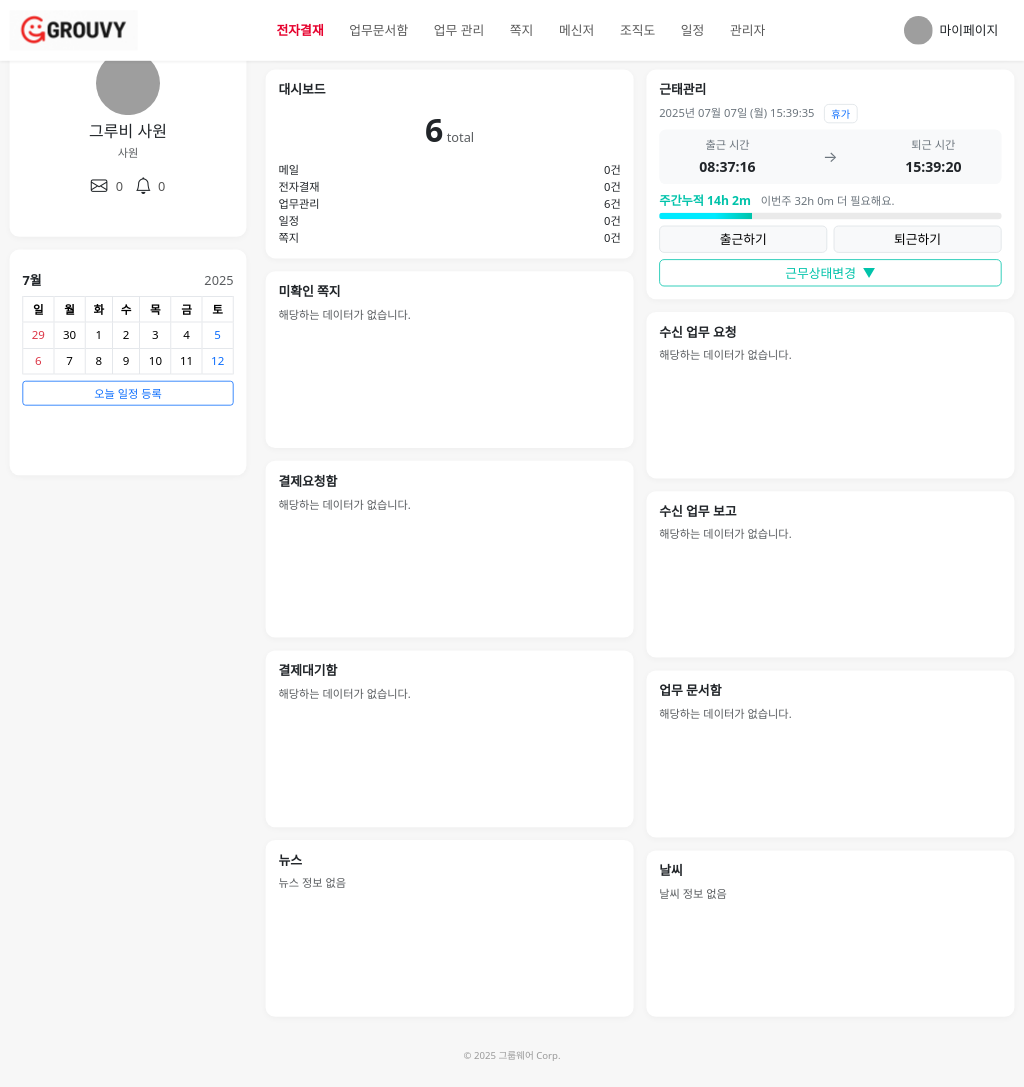
Repository: hyunbin7664/web-java-workspace
Page: groupware/src/main/webapp/index.html
An editor plug-in stored every save of this project. The page is shown before and after the next save, followed by the edit.
The browser window is 1280 px wide. The pictures show the whole page, at 80% of full size.
Pictures or frames that could not be fetched are drawn as grey boxes.

Above is the page before, as saved 2025-07-08 05:47:22.

### groupware/src/main/webapp/index.html
<!DOCTYPE html>
<html lang="ko">
<head>
<meta charset="UTF-8">
<title>GROUVY 메인 화면</title>
<meta name="viewport" content="width=device-width, initial-scale=1">
<!-- Bootstrap CSS CDN -->
<link
	href="https://cdn.jsdelivr.net/npm/bootstrap@5.3.2/dist/css/bootstrap.min.css"
	rel="stylesheet">
<link rel="stylesheet" href="https://cdn.jsdelivr.net/npm/bootstrap-icons@1.11.1/font/bootstrap-icons.css">
<!-- <link rel="stylesheet" href="style.css"> -->
<style type="text/css">
body {
	background: #f7f7f7;
}

.navbar-brand {
	color: #e6002d !important;
	font-size: 1.5rem;
}

.nav-item {
	padding-right: 1rem;
}

.navbar-nav .nav-link.active {
	font-weight: bold;
	color: #e6002d !important;
}

.logo-img {
	width: 160px;
	height: 50px;
	object-fit: cover;
	object-position: center;
}

.navbar .container-fluid {
	padding-right: 2rem;
}

.icon-group {
  display: flex;
  justify-content: center;
  margin-top: 10px;
  gap: 15px;
  font-size: 1.2rem;
  color: #555;
}

.icon-group a {
  display: flex;
  align-items: center;
  text-decoration: none;
  color: #333;
  font-size: 1.3rem;
}

.icon-group span {
  font-size: 1rem;
  color: #555;
}

.custom-gap {
  margin-left: 0.65rem;  /* 원하는 px 값으로 조정 (ex: 4px, 6px, 8px) */
}

.calendar-table th, .calendar-table td {
	font-size: 0.9rem;
	padding: 0.3rem;
}

.calendar {
	padding-top: 10px;
	padding-bottom: 10px;
	min-height: 250px; /* 원하는 높이 추가 */
}

.card {
	border-radius: 12px;
	border: none;
	box-shadow: 0 2px 8px rgba(0, 0, 0, 0.04);
}

.dashboard-chart {
	margin: 0.5rem 0;
}

@media ( max-width : 991px) {
	.col-lg-2, .col-lg-10 {
		flex: 0 0 100%;
		max-width: 100%;
	}
}
/* 카드 높이 균등 분배 */
.col-lg-6 .row.g-3 {
	height: 100%;
	min-height: 1200px; /* 필요시 조정 */
	display: flex;
	flex-direction: column;
	justify-content: stretch;
}

.col-lg-6 .row.g-3>.col-12 {
	flex: 1 1 0;
	display: flex;
}

.col-lg-6 .card {
	flex: 1 1 0;
	display: flex;
	flex-direction: column; /*세로 방향으로 쌓음*/
	/* justify-content: center; */
}

.attendance-card {
	border-radius: 18px;
	box-shadow: 0 2px 12px rgba(0, 0, 0, 0.06);
	background: #fff;
}

.attendance-card .progress {
	background: #eaeaea;
	border-radius: 8px;
	overflow: visible;
	margin-bottom: 1.5rem;
}

.attendance-card .progress-bar {
	border-radius: 8px;
	min-width: 12px;
}

.attendance-card .progress-label {
	font-size: 0.9rem;
	color: #aaa;
}

.attendance-card .btn-outline-success {
	border-width: 2px;
	font-weight: 600;
	color: #00c3aa;
	border-color: #00c3aa;
}

.attendance-card .btn-outline-success:hover {
	background: #00c3aa;
	color: #fff;
}

footer {
	text-align: center;
	padding: 10px;
	font-size: 12px;
	color: #999;
	margin-top: 30px;      /* 푸터 위쪽 여백 */
	margin-bottom: 20px;
}
</style>
</head>
<body>
	<!-- 네비게이션바 -->
	<nav class="navbar navbar-expand-lg navbar-light bg-white shadow-sm fixed-top">
		<div class="container-fluid">
			<a class="navbar-brand d-flex align-items-center" href="index.html">
				<span class="logo-crop">
					<img src="grouvy_logo.jpg" alt="GROUVY 로고" class="logo-img">
				</span>
			</a>
			<ul class="navbar-nav mb-2 mb-lg-0">
				<li class="nav-item"><a class="nav-link active" href="#">전자결재</a></li>
				<!-- 커서 active-->
				<li class="nav-item"><a class="nav-link" href="#">업무문서함</a></li>
				<li class="nav-item"><a class="nav-link" href="#">업무 관리</a></li>
				<li class="nav-item"><a class="nav-link" href="#">쪽지</a></li>
				<li class="nav-item"><a class="nav-link" href="#">메신저</a></li>
				<li class="nav-item"><a class="nav-link" href="#">조직도</a></li>
				<li class="nav-item"><a class="nav-link" href="#">일정</a></li>
				<li class="nav-item"><a class="nav-link" href="admin_dashboard.html">관리자</a></li>
			</ul>
			<div class="d-flex align-items-center">
				<a href="mypage.html" >
					<img src="https://search.pstatic.net/sunny/?src=https%3A%2F%2Fs3.orbi.kr%2Fdata%2Ffile%2Funited2%2F6cc64e06aa404ac3a176745b9c1d5bfa.jpeg&type=sc960_832"
							alt="프로필" class="rounded-circle" width="36" height="36">
				</a>
				<a href="mypage.html" class="ms-2 text-decoration-none text-dark">마이페이지</a>
			</div>
		</div>
	</nav>

	<div class="container-fluid mt-3">
		<div class="row">
			<!-- 왼쪽 사이드바 -->
			<div class="col-lg-3 col-md-3 col-12 mb-3">
				<div class="card p-5 mb-3 text-center">
					<img
						src="https://search.pstatic.net/sunny/?src=https%3A%2F%2Fs3.orbi.kr%2Fdata%2Ffile%2Funited2%2F6cc64e06aa404ac3a176745b9c1d5bfa.jpeg&type=sc960_832"
						alt="프로필" class="rounded-circle mx-auto" width="80" height="80">
					<h5 class="mt-2 mb-1">그루비 사원</h5>
					<small class="text-muted">사원</small>
					<div class="icon-group mt-3">
						<a href="#" class="text-dark text-decoration-none"> <i
							class="bi bi-envelope"></i> <span class="small custom-gap">0</span>
						</a> <a href="#" class="text-dark text-decoration-none"> <i
							class="bi bi-bell"></i> <span class="small ms-2">0</span>
						</a>
					</div>
				</div>
				<div class="card p-3 mb-3">
					<div class="calendar">
						<div
							class="d-flex justify-content-between align-items-center mb-2">
							<span class="fw-bold">7월</span> <span class="text-muted">2025</span>
						</div>
						<!-- 간단한 캘린더 예시 -->
						<table
							class="table table-bordered text-center mb-2 calendar-table">
							<tr>
								<th>일</th>
								<th>월</th>
								<th>화</th>
								<th>수</th>
								<th>목</th>
								<th>금</th>
								<th>토</th>
							</tr>
							<tr>
								<td class="text-danger">29</td>
								<td>30</td>
								<td>1</td>
								<td>2</td>
								<td>3</td>
								<td>4</td>
								<td class="text-primary">5</td>
							</tr>
							<tr>
								<td class="text-danger">6</td>
								<td>7</td>
								<td>8</td>
								<td>9</td>
								<td>10</td>
								<td>11</td>
								<td class="text-primary">12</td>
							</tr>
							<!-- 필요에 따라 추가 -->
						</table>
						<button class="btn btn-sm btn-outline-primary w-100">오늘
							일정 등록</button>
					</div>
				</div>
			</div>

			<!-- 메인 컨텐츠 -->
			<div class="col-lg-9 col-md-9 col-12">
				<div class="row g-3">
					<!-- 공지 -->
					<div class="col-12">
						<div class="card p-3">
							<h6 class="mb-1 fw-bold">
								NOTICE <span class="text-muted ms-2">[공지] kkkk</span>
							</h6>
						</div>
					</div>
					<!-- 대시보드/근태관리/미확인 쪽지/결제요청함/결제대기함/수신 업무 요청/수신 업무 보고/업무 문서함/날씨/뉴스 -->
					<div class="col-lg-6 col-md-6 col-12 d-flex flex-column">
						<div class="row flex-grow-1 min-vh-50 g-3">
							<div class="col-12">
								<div class="card p-3 h-100">
									<h6 class="fw-bold mb-2">대시보드</h6>
									<div class="dashboard-chart text-center">
										<span class="display-6 fw-bold">6</span> <span
											class="text-muted">total</span>
									</div>
									<ul class="list-unstyled mt-2 mb-0 small">
										<li>메일 <span class="float-end">0건</span></li>
										<li>전자결재 <span class="float-end">0건</span></li>
										<li>업무관리 <span class="float-end">6건</span></li>
										<li>일정 <span class="float-end">0건</span></li>
										<li>쪽지 <span class="float-end">0건</span></li>
									</ul>
								</div>
							</div>

							<div class="col-12">
								<div class="card p-3 h-100">
									<h6 class="fw-bold mb-2">미확인 쪽지</h6>
									<div class="text-muted small">해당하는 데이터가 없습니다.</div>
								</div>
							</div>
							<div class="col-12">
								<div class="card p-3 h-100">
									<h6 class="fw-bold mb-2">결제요청함</h6>
									<div class="text-muted small">해당하는 데이터가 없습니다.</div>
								</div>
							</div>
							<div class="col-12">
								<div class="card p-3 h-100">
									<h6 class="fw-bold mb-2">결제대기함</h6>
									<div class="text-muted small">해당하는 데이터가 없습니다.</div>
								</div>
							</div>
							<div class="col-12">
								<div class="card p-3 h-100">
									<h6 class="fw-bold mb-2">뉴스</h6>
									<div class="text-muted small">뉴스 정보 없음</div>
								</div>
							</div>
						</div>
					</div>
					<div class="col-lg-6 col-md-6 col-12 d-flex flex-column">
						<div class="row flex-grow-1 min-vh-50 g-3">
							<div class="col-12">
								<div class="card p-3 h-100">
									<h6 class="fw-bold mb-2">근태관리</h6>
									<div class="mb-2 text-secondary small">
										2025년 07월 07일 (월) 15:39:35 <span
											class="badge bg-white border text-primary ms-2"
											style="font-size: 0.8rem; font-weight: 500;">휴가</span>
									</div>
									<div
										class="bg-light rounded-3 py-2 px-2 mb-2 d-flex align-items-center justify-content-between flex-wrap">
										<div class="text-center flex-fill">
											<div class="text-secondary mb-1 small">출근 시간</div>
											<div class="fw-bold" style="font-size: 1.1rem;">08:37:16</div>
										</div>
										<div class="text-center flex-fill">
											<span class="text-secondary" style="font-size: 1.2rem;">→</span>
										</div>
										<div class="text-center flex-fill">
											<div class="text-secondary mb-1 small">퇴근 시간</div>
											<div class="fw-bold" style="font-size: 1.1rem;">15:39:20</div>
										</div>
									</div>
									<div class="mb-1">
										<span class="fw-bold"
											style="color: #00c3aa; font-size: 0.95rem;">주간누적 14h
											2m</span> <span class="text-secondary ms-2 small">이번주 32h 0m
											더 필요해요.</span>
									</div>
									<div class="progress position-relative mb-2"
										style="height: 8px; background: #eaeaea;">
										<div class="progress-bar" role="progressbar"
											style="width: 27%; background: linear-gradient(90deg, #00eaff 60%, #00c3aa 100%);"
											aria-valuenow="14" aria-valuemin="0" aria-valuemax="52"></div>
										<span class="position-absolute start-0 translate-middle-y"
											style="top: 16px; font-size: 0.8rem; color: #aaa;">0h</span>
										<span class="position-absolute"
											style="left: 75%; top: 16px; font-size: 0.8rem; color: #aaa;">40h</span>
										<span class="position-absolute end-0 translate-middle-y"
											style="top: 16px; font-size: 0.8rem; color: #aaa;">52h</span>
									</div>
									<div class="d-flex gap-2 mb-2">
										<button class="btn btn-light flex-fill border py-1 px-1 small">출근하기</button>
										<button class="btn btn-light flex-fill border py-1 px-1 small">퇴근하기</button>
									</div>
									<button class="btn btn-outline-success w-100 py-1 px-1 small"
										style="font-weight: 500; border-color: #00c3aa; color: #00c3aa;">
										근무상태변경 <span class="ms-1">&#9660;</span>
									</button>
								</div>
							</div>
							<div class="col-12">
								<div class="card p-3 h-100">
									<h6 class="fw-bold mb-2">수신 업무 요청</h6>
									<div class="text-muted small">해당하는 데이터가 없습니다.</div>
								</div>
							</div>
							<div class="col-12">
								<div class="card p-3 h-100">
									<h6 class="fw-bold mb-2">수신 업무 보고</h6>
									<div class="text-muted small">해당하는 데이터가 없습니다.</div>
								</div>
							</div>
							<div class="col-12">
								<div class="card p-3 h-100">
									<h6 class="fw-bold mb-2">업무 문서함</h6>
									<div class="text-muted small">해당하는 데이터가 없습니다.</div>
								</div>
							</div>
							<div class="col-12">
								<div class="card p-3 h-100">
									<h6 class="fw-bold mb-2">날씨</h6>
									<div class="text-muted small">날씨 정보 없음</div>
								</div>
							</div>
						</div>
					</div>
				</div>
				<!-- row -->
			</div>
		</div>
	</div>
	<footer> © 2025 그룹웨어 Corp. </footer>
</body>
</html>

After the next save:
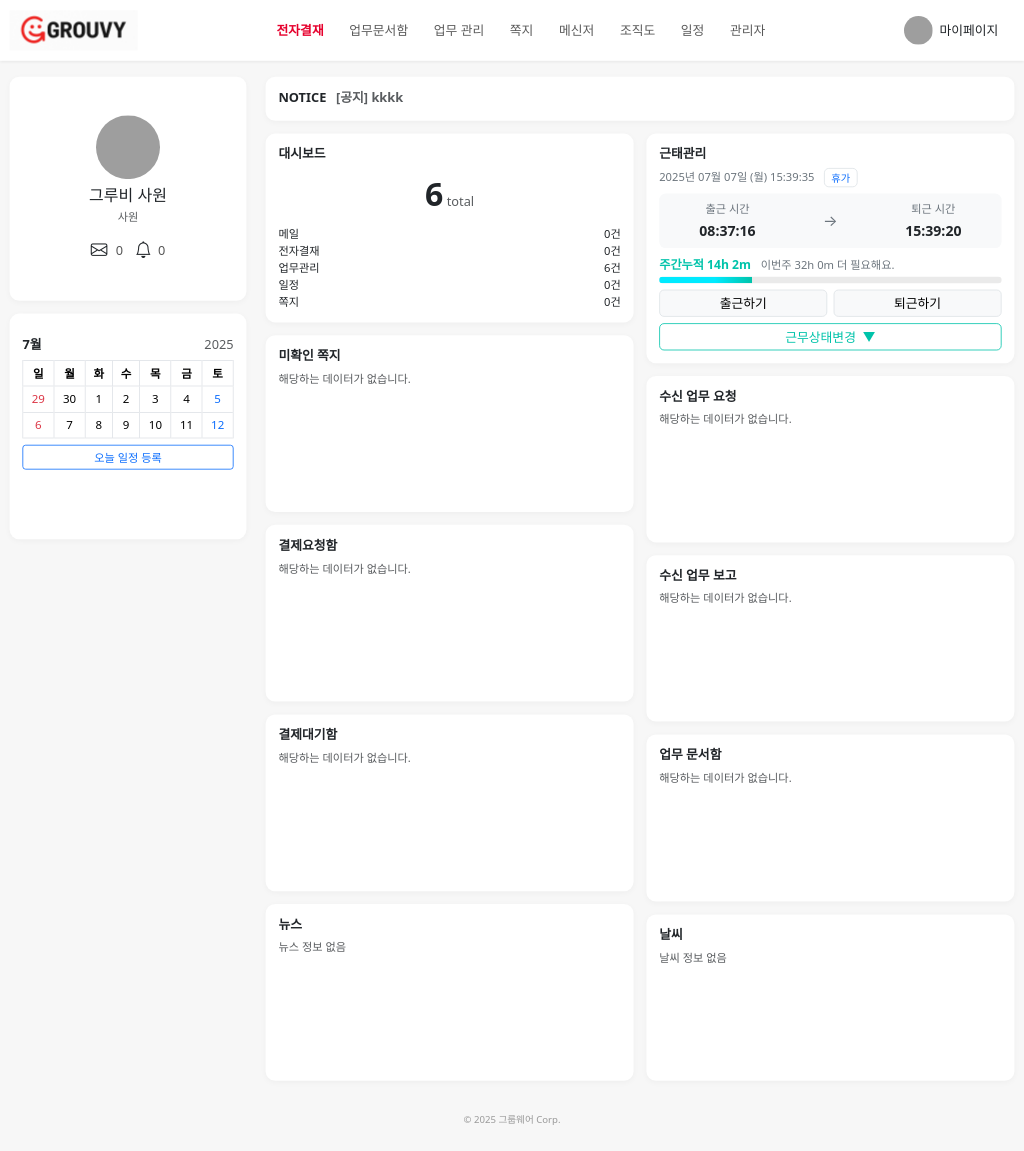
Saved 21 s later.
--- a/groupware/src/main/webapp/index.html
+++ b/groupware/src/main/webapp/index.html
@@ -13,6 +13,7 @@
 <style type="text/css">
 body {
 	background: #f7f7f7;
+	padding-top: 80px;
 }
 
 .navbar-brand {
